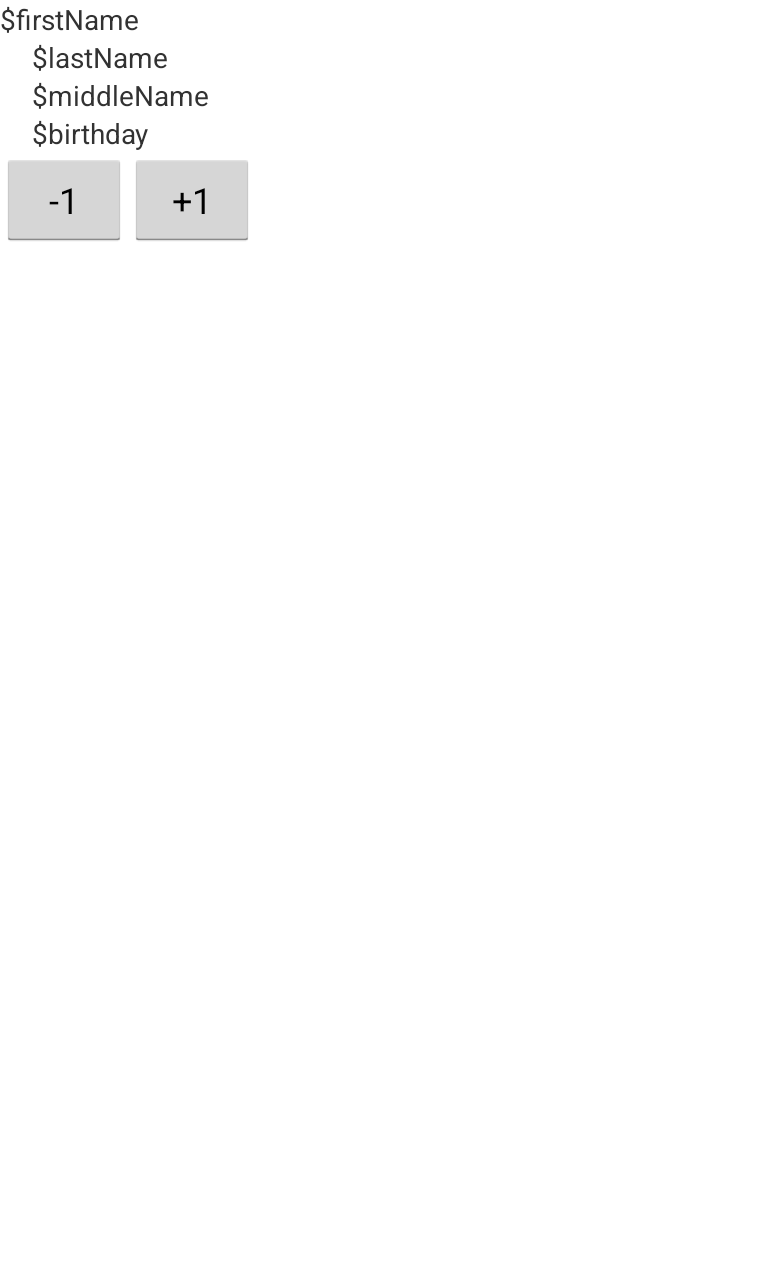
Repository: egslava/android-net-list-utils
Layout: NetUtilsSamples/res/layout/person.xml
These files come from the project's save history. The layout is drawn as it stood at one moment and after the next save; the edit follows.
It is drawn on a 768 x 1280 px phone screen (xhdpi) without system bars, with theme AppTheme; the app's code is not run.

Above is the layout before, as saved 2013-10-14 11:52:50.

### NetUtilsSamples/res/layout/person.xml
<?xml version="1.0" encoding="utf-8"?>
<LinearLayout xmlns:android="http://schemas.android.com/apk/res/android"
    android:layout_width="match_parent"
    android:layout_height="match_parent"
    android:orientation="vertical" >

    <TextView
        android:id="@+id/$firstName"
        android:layout_width="wrap_content"
        android:layout_height="wrap_content"
        android:text="$firstName" />

    <TextView
        android:id="@+id/$lastName"
        android:layout_width="wrap_content"
        android:layout_height="wrap_content"
        android:text="$lastName"
        android:layout_marginLeft="@dimen/activity_horizontal_margin"/>

    <TextView
        android:id="@+id/$middleName"
        android:layout_width="wrap_content"
        android:layout_height="wrap_content"
        android:text="$middleName"
        android:layout_marginLeft="@dimen/activity_horizontal_margin" />

    <TextView
        android:id="@+id/$birthday"
        android:layout_width="wrap_content"
        android:layout_height="wrap_content"
        android:text="$birthday"
        android:layout_marginLeft="@dimen/activity_horizontal_margin"
        android:tag="(dd.MM.yyyy)" />

    <LinearLayout
        android:layout_width="match_parent"
        android:layout_height="wrap_content" >

        <Button
            android:id="@+id/minus"
            android:layout_width="wrap_content"
            android:layout_height="wrap_content"
            android:text="-1" />

        <Button
            android:id="@+id/plus"
            android:layout_width="wrap_content"
            android:layout_height="wrap_content"
            android:text="+1" />

    </LinearLayout>

</LinearLayout>

Loaded but not shown: NetUtilsSamples/res/values/styles.xml (common file); NetUtilsSamples/res/values-v11/styles.xml (common file); NetUtilsSamples/res/values-v14/styles.xml (common file); NetUtilsSamples/res/values/dimens.xml (common file)

After the next save:
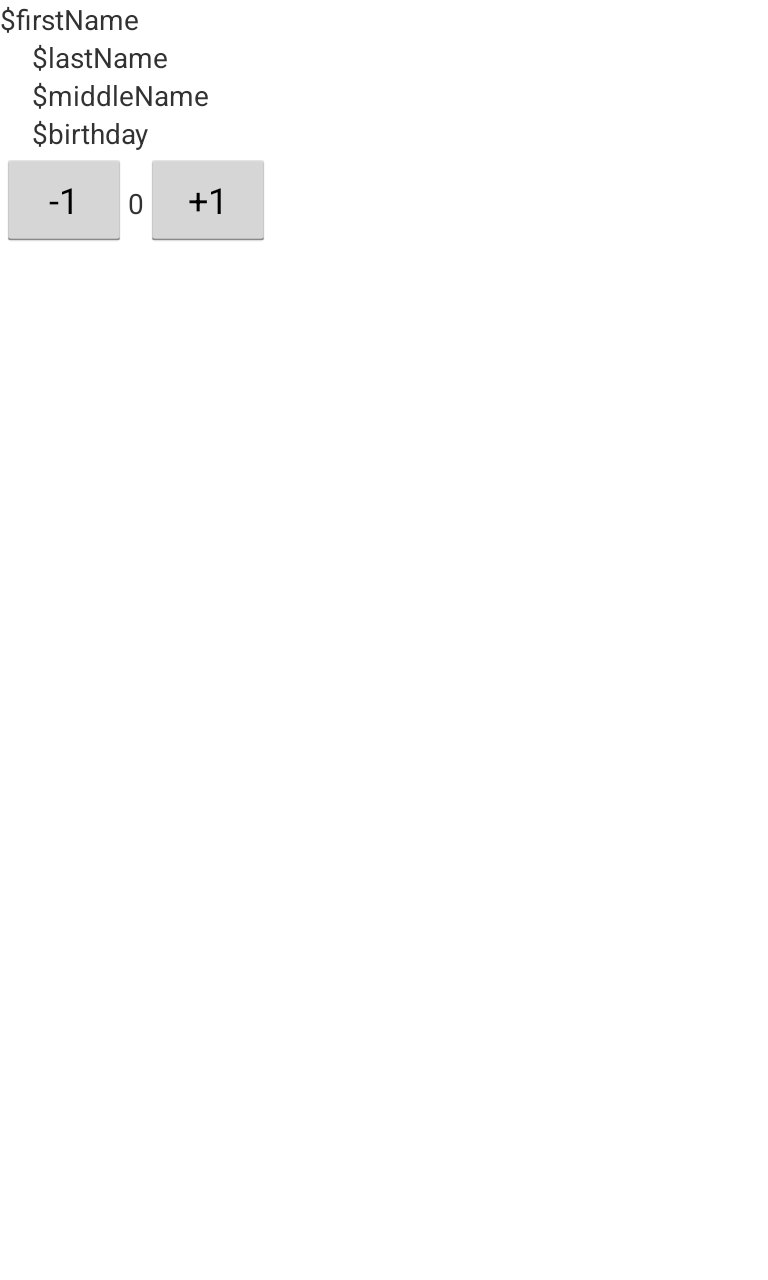
Saved 25 s later.
--- a/NetUtilsSamples/res/layout/person.xml
+++ b/NetUtilsSamples/res/layout/person.xml
@@ -42,6 +42,12 @@
             android:layout_height="wrap_content"
             android:text="-1" />
 
+        <TextView
+            android:id="@+id/count"
+            android:layout_width="wrap_content"
+            android:layout_height="wrap_content"
+            android:text="0" />
+
         <Button
             android:id="@+id/plus"
             android:layout_width="wrap_content"
